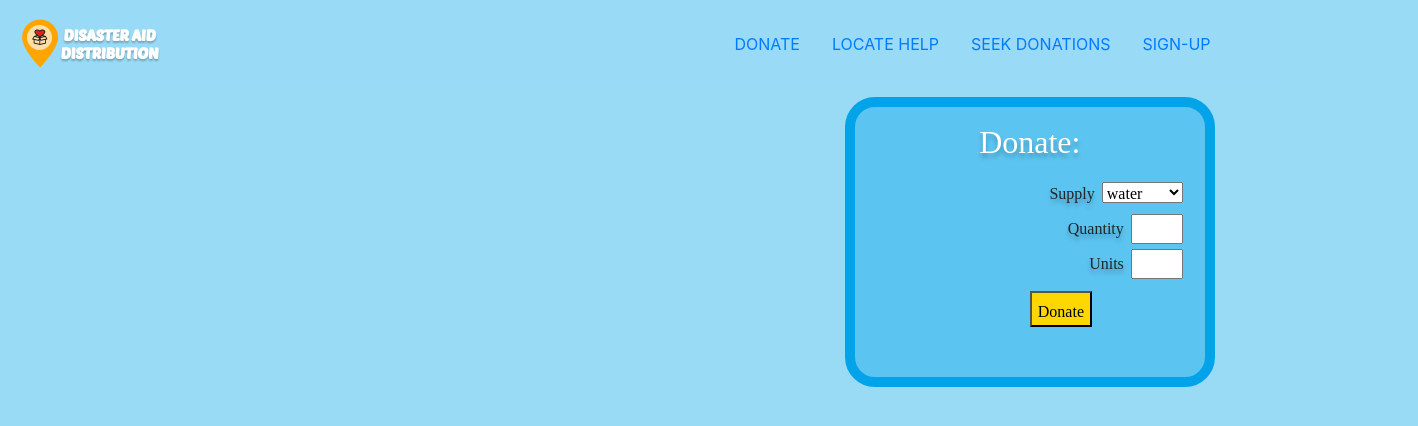
Repository: uprm-inso-4115-2019-2020-S2/semester-project-inso4115-DisasterAid-backend
Page: /donate-modal (app in disaster-aid/)
An editor plug-in stored every save of this project. The page is shown before and after the next save, followed by the edit.
The browser window is 1280 px wide. The page is 1280 px wide, then 1418 px, so the pictures cover 1418 px, including what lies to the right of the window. The pictures show the whole page.
The project was rebuilt for these pictures with package versions that can differ from the ones it lists, and the page was loaded fresh each time. Also part of the build but not shown: disaster-aid/angular.json, disaster-aid/src/app/login/login.component.ts, disaster-aid/src/app/register/register.component.ts, disaster-aid/src/app/home/home.component.ts, disaster-aid/src/app/landing-page/landing-page.component.ts, disaster-aid/src/app/donations/donations.component.ts, disaster-aid/src/app/donations.service.ts.

Above is the page before, as saved 2020-05-08 04:34:26.

After the next save:
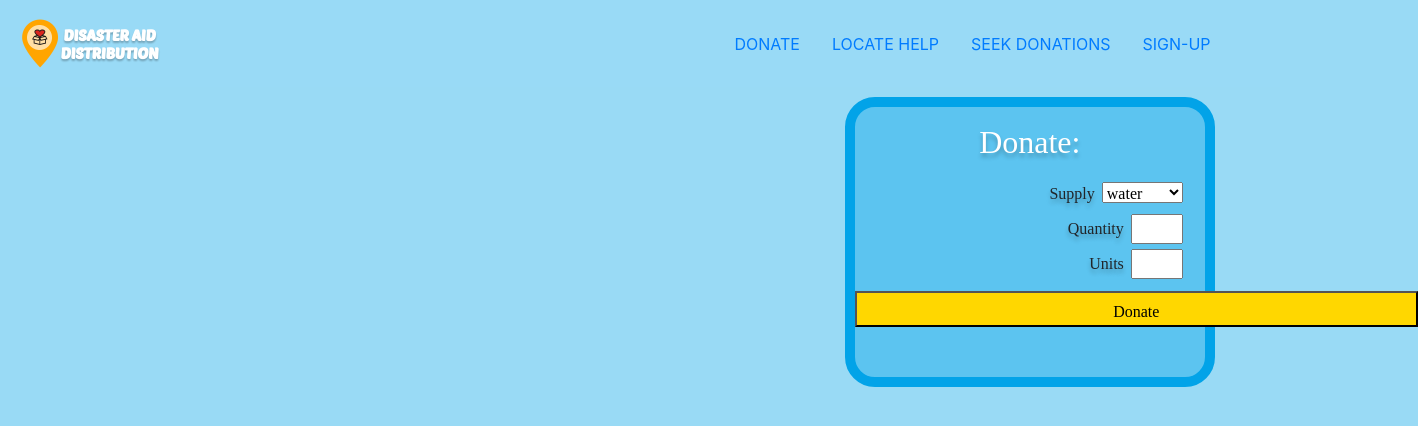
Saved 17 s later.
--- a/disaster-aid/src/app/donate-modal/donate-modal.component.css
+++ b/disaster-aid/src/app/donate-modal/donate-modal.component.css
@@ -16,8 +16,8 @@
     text-align: center;
     padding-top: 7px;
     background: gold;
-    position: absolute;
-/* width: 563px; */
+    /* position: absolute; */
+width: 563px;
 /* height: 97px; */
 /* left: 1192px; */
 /* top: 850px; */
